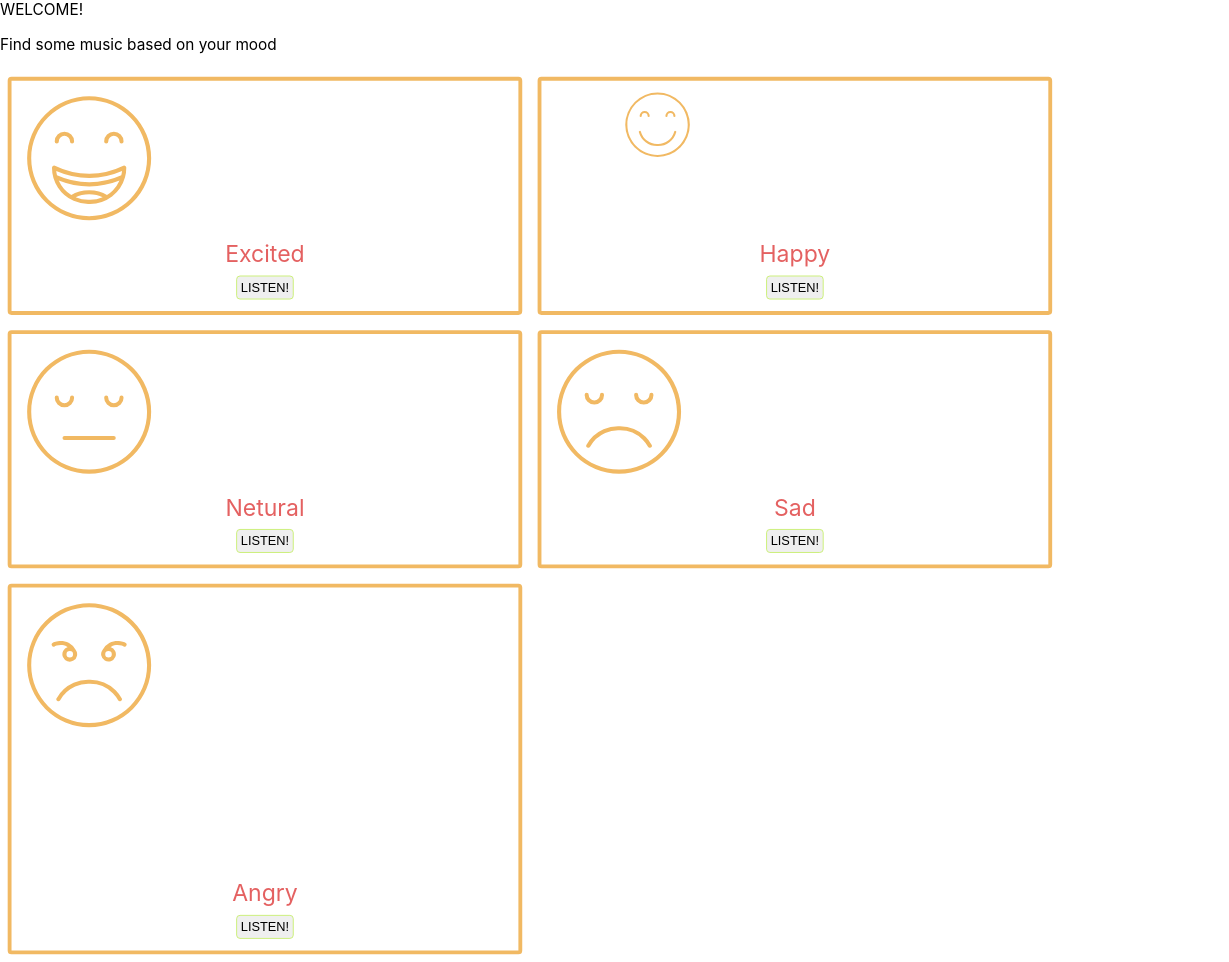
Repository: majakesin/moodify-app
Page: /
The author's editor kept a copy of each file at every save. The page is drawn from the files as they stood at one save, then again after the next save.
The browser window is 1280 px wide. The pictures show the whole page, at 96% of full size.
The project was rebuilt for these pictures with package versions that can differ from the ones it lists, and the page was loaded fresh each time.

Above is the page before, as saved 2023-08-21 13:06:06.

### public/index.html
<!DOCTYPE html>
<html lang="en">
  <head>
    <meta charset="utf-8" />
    <link rel="icon" href="%PUBLIC_URL%/logo.svg" />
    <meta name="viewport" content="width=device-width, initial-scale=1" />
    <meta name="theme-color" content="#000000" />
    <meta
      name="description"
      content="Moodify -- App that gives yours ears the best music based on your mood"
    />
    <link rel="apple-touch-icon" href="%PUBLIC_URL%/logo.svg" />
    <!--
      manifest.json provides metadata used when your web app is installed on a
      user's mobile device or desktop. See https://developers.google.com/web/fundamentals/web-app-manifest/
    -->
    <link rel="manifest" href="%PUBLIC_URL%/manifest.json" />
    <!--
      Notice the use of %PUBLIC_URL% in the tags above.
      It will be replaced with the URL of the `public` folder during the build.
      Only files inside the `public` folder can be referenced from the HTML.

      Unlike "/favicon.ico" or "favicon.ico", "%PUBLIC_URL%/favicon.ico" will
      work correctly both with client-side routing and a non-root public URL.
      Learn how to configure a non-root public URL by running `npm run build`.
    -->
    <title>Moodify</title>
  </head>
  <body>
    <noscript>You need to enable JavaScript to run this app.</noscript>
    <div id="root"></div>
    <!--
      This HTML file is a template.
      If you open it directly in the browser, you will see an empty page.

      You can add webfonts, meta tags, or analytics to this file.
      The build step will place the bundled scripts into the <body> tag.

      To begin the development, run `npm start` or `yarn start`.
      To create a production bundle, use `npm run build` or `yarn build`.
    -->
  </body>
</html>

### src/App.js
import "./App.css";
import ChooseMood from "./pages/ChooseMood";

function App() {
  return (
    <div className="App">
      <ChooseMood />
    </div>
  );
}

export default App;

### src/App.css
button {
  border: 1px solid var(--first-color);
  border-radius: 4px;
  padding: 4px;
  margin: 4px;
}

button:hover {
  cursor: pointer;
}

### src/pages/ChooseMood/index.jsx
import { moods } from 'src/data/moods'
import Mood from 'src/components/Mood';

import styles from './index.module.css';

const ChooseMood = () => {

    return (
        <div>
            WELCOME!
            <p>Find some music based on your mood </p>
            <div className={styles['mood-list']}>
                {moods.map(({ type, icon }) => {
                    return (<Mood type={type} icon={icon} />)
                })}
            </div>
        </div>
    )

};

export default ChooseMood;

### src/data/moods.js
export const moods = [
    {
        type: 'Excited',
        icon: <svg id="SvgjsSvg1081" xmlns="http://www.w3.org/2000/svg" version="1.1" xmlnsXlink="http://www.w3.org/1999/xlink" xmlnsSvgjs="http://svgjs.com/svgjs">
                <defs id="SvgjsDefs1082"></defs>
                <g id="SvgjsG1083">
                    <svg   preserveAspectRatio="xMidYMid meet" xmlns="http://www.w3.org/2000/svg" data-name="Layer 1" viewBox="0 0 1012 1012" width="288" height="288">
                        <path fill="currentcolor" d="M416.51318,95.48682A226.99992,226.99992,0,1,0,95.48682,416.51318,226.99992,226.99992,0,1,0,416.51318,95.48682ZM256,468C139.103,468,44,372.897,44,256S139.103,44,256,44s212,95.103,212,212S372.897,468,256,468ZM137.5,202a7.50006,7.50006,0,0,0,7.5-7.5,20.5,20.5,0,0,1,41,0,7.5,7.5,0,0,0,15,0,35.5,35.5,0,0,0-71,0A7.50006,7.50006,0,0,0,137.5,202Zm181,0a7.50006,7.50006,0,0,0,7.5-7.5,20.5,20.5,0,0,1,41,0,7.5,7.5,0,0,0,15,0,35.5,35.5,0,0,0-71,0A7.50006,7.50006,0,0,0,318.5,202Zm69.95947,82.13037a7.49875,7.49875,0,0,0-7.27832-.356A284.51645,284.51645,0,0,1,257.5,313h-1.48a284.55042,284.55042,0,0,1-125.2002-29.2251A7.4999,7.4999,0,0,0,120,290.5a132.31839,132.31839,0,0,0,79.15625,121.32324A131.47888,131.47888,0,0,0,252.5,423h7a132.5854,132.5854,0,0,0,127.794-97.37988A133.06894,133.06894,0,0,0,392,290.5,7.5003,7.5003,0,0,0,388.45947,284.13037ZM259.5,408h-7a116.58888,116.58888,0,0,1-46.02222-9.36157C219.72205,391.8783,237.33752,388,256.002,388c18.66236,0,36.27466,3.87708,49.51734,10.63538A116.56076,116.56076,0,0,1,259.5,408Zm83.08691-34.41309a117.56809,117.56809,0,0,1-21.38024,16.93219C305.07166,379.48517,281.17847,373,256.002,373c-25.18383,0-49.0852,6.48932-65.22168,17.52966a116.81051,116.81051,0,0,1-46.07495-53.13611,299.90773,299.90773,0,0,0,111.31323,21.61036c.5044,0,1.01612-.00147,1.52051-.00391A300.023,300.023,0,0,0,367.2478,337.40454,117.86031,117.86031,0,0,1,342.58691,373.58691ZM373.6593,318.347A284.8703,284.8703,0,0,1,257.46094,344c-.49219.00293-.97412.00391-1.46387.00391a284.90227,284.90227,0,0,1-117.65942-25.65967,117.74477,117.74477,0,0,1-2.72388-15.77832A299.64178,299.64178,0,0,0,256.02,328h1.519a299.80874,299.80874,0,0,0,118.84668-25.43555A117.6884,117.6884,0,0,1,373.6593,318.347Z" class="color2c2b2d svgShape"></path>
                    </svg>
                </g>
             </svg>
    },
    {
        type: 'Happy',
        icon: <svg id="SvgjsSvg1102" xmlns="http://www.w3.org/2000/svg" version="1.1" xmlnsXlink="http://www.w3.org/1999/xlink" xmlnsSvgjs="http://svgjs.com/svgjs">
                <defs id="SvgjsDefs1103"></defs>
                <g id="SvgjsG1104">
                    <svg xmlns="http://www.w3.org/2000/svg" data-name="Layer 1" viewBox="0 0 1012 1012" >
                        <path fill="currentcolor" d="M382.042,299.40674a7.496,7.496,0,0,0-9.21582,5.251A117.42927,117.42927,0,0,1,259.5,391h-7a117.41578,117.41578,0,0,1-113.32715-86.33447,7.49971,7.49971,0,1,0-14.46484,3.96875A132.417,132.417,0,0,0,252.5,406h7a132.58733,132.58733,0,0,0,127.793-97.37744A7.4999,7.4999,0,0,0,382.042,299.40674ZM416.51367,95.48682A227.00026,227.00026,0,0,0,95.48633,416.51318,227.00026,227.00026,0,0,0,416.51367,95.48682ZM256,468C139.10254,468,44,372.897,44,256S139.10254,44,256,44s212,95.103,212,212S372.89746,468,256,468ZM137.5,202a7.49974,7.49974,0,0,0,7.5-7.5,20.5,20.5,0,0,1,41,0,7.5,7.5,0,0,0,15,0,35.5,35.5,0,0,0-71,0A7.49974,7.49974,0,0,0,137.5,202Zm181,0a7.49974,7.49974,0,0,0,7.5-7.5,20.5,20.5,0,0,1,41,0,7.5,7.5,0,0,0,15,0,35.5,35.5,0,0,0-71,0A7.49974,7.49974,0,0,0,318.5,202Z" class="color2c2b2d svgShape"></path>
                    </svg>
                </g>
            </svg> ,
    },
    {
        type: 'Netural',
        icon: <svg id="SvgjsSvg1123" width="288" xmlns="http://www.w3.org/2000/svg" version="1.1" xmlnsXlink="http://www.w3.org/1999/xlink" xmlnsSvgjs="http://svgjs.com/svgjs">
                <defs id="SvgjsDefs1124"></defs>
                <g id="SvgjsG1125">
                    <svg xmlns="http://www.w3.org/2000/svg" data-name="Layer 1" viewBox="0 0 1012 1012" width="288" height="288">
                        <path fill="currentcolor" d="M201,204.5a7.5,7.5,0,0,0-15,0,20.5,20.5,0,0,1-41,0,7.5,7.5,0,0,0-15,0,35.5,35.5,0,0,0,71,0ZM374.5,197a7.50006,7.50006,0,0,0-7.5,7.5,20.5,20.5,0,0,1-41,0,7.5,7.5,0,0,0-15,0,35.5,35.5,0,0,0,71,0A7.50006,7.50006,0,0,0,374.5,197ZM416.51318,95.48682A226.99992,226.99992,0,1,0,95.48682,416.51318,226.99992,226.99992,0,1,0,416.51318,95.48682ZM256,468C139.103,468,44,372.897,44,256S139.103,44,256,44s212,95.103,212,212S372.897,468,256,468Zm90-123H166a7.5,7.5,0,0,0,0,15H346a7.5,7.5,0,0,0,0-15Z" class="color2c2b2d svgShape"></path>
                    </svg>
                </g>
            </svg>,
    },
    {
        type: 'Sad',
        icon: <svg id="SvgjsSvg1193" width="288" xmlns="http://www.w3.org/2000/svg" version="1.1" xmlnsXlink="http://www.w3.org/1999/xlink" xmlnsSvgjs="http://svgjs.com/svgjs">
                <defs id="SvgjsDefs1194"></defs>
                <g id="SvgjsG1195">
                    <svg xmlns="http://www.w3.org/2000/svg" data-name="Layer 1" viewBox="0 0 1012 1012" width="288" height="288">
                         <path fill="currentcolor" d="M165.5,230A35.54028,35.54028,0,0,0,201,194.5a7.5,7.5,0,0,0-15,0,20.5,20.5,0,0,1-41,0,7.5,7.5,0,0,0-15,0A35.54028,35.54028,0,0,0,165.5,230Zm209-43a7.50006,7.50006,0,0,0-7.5,7.5,20.5,20.5,0,0,1-41,0,7.5,7.5,0,0,0-15,0,35.5,35.5,0,0,0,71,0A7.50006,7.50006,0,0,0,374.5,187ZM353.19336,347.94678A132.16887,132.16887,0,0,0,259.5,309.14014h-7a131.47793,131.47793,0,0,0-53.34082,11.17529,133.55143,133.55143,0,0,0-62.24854,56.51221,7.50013,7.50013,0,0,0,13.07911,7.34472,118.4576,118.4576,0,0,1,55.21435-50.1289A116.57358,116.57358,0,0,1,252.5,324.14014h7a117.16738,117.16738,0,0,1,83.08691,34.41308,117.92616,117.92616,0,0,1,19.42432,25.62061,7.5,7.5,0,0,0,13.07715-7.34766A132.92018,132.92018,0,0,0,353.19336,347.94678Zm63.31982-252.46A226.99992,226.99992,0,1,0,95.48682,416.51318,226.99992,226.99992,0,1,0,416.51318,95.48682ZM256,468C139.103,468,44,372.897,44,256S139.103,44,256,44s212,95.103,212,212S372.897,468,256,468Z" class="color2c2b2d svgShape"></path>
                    </svg>
                </g>
            </svg>,
    },
    {
        type: 'Angry',
        icon: <svg xmlns="http://www.w3.org/2000/svg" data-name="Layer 1" viewBox="0 0 1012 1012" width="288" height="288">
                <path fill="currentcolor" d="M353.19336,347.94629A132.1737,132.1737,0,0,0,259.5,309.13965h-7a131.5101,131.5101,0,0,0-53.3418,11.17578,133.55212,133.55212,0,0,0-62.24707,56.51172,7.49995,7.49995,0,0,0,13.07813,7.3457A118.46814,118.46814,0,0,1,205.20313,334.043,116.60013,116.60013,0,0,1,252.5,324.13965h7a117.16506,117.16506,0,0,1,83.08691,34.41406,117.92838,117.92838,0,0,1,19.42481,25.62012,7.49957,7.49957,0,1,0,13.07617-7.34766A132.91978,132.91978,0,0,0,353.19336,347.94629ZM416.51367,95.48682A227.00044,227.00044,0,0,0,95.48633,416.51367,227.00044,227.00044,0,0,0,416.51367,95.48682ZM256,468C139.10254,468,44,372.89746,44,256,44,139.103,139.10254,44,256,44s212,95.103,212,212C468,372.89746,372.89746,468,256,468ZM175.12207,188.29736c.96533.53955,1.88086,1.10938,2.769,1.69336a27.02454,27.02454,0,1,0,28.58863,9.52246,62.7776,62.7776,0,0,0-24.04029-24.31005c-27.82519-15.55176-56.1748-2.73292-59.31445-1.21973a7.49994,7.49994,0,1,0,6.50977,13.51367C132.05762,186.33057,153.91113,176.44189,175.12207,188.29736ZM185.12012,204a12,12,0,1,1-12,12A12.01344,12.01344,0,0,1,185.12012,204ZM388.875,173.9834c-3.1416-1.51367-31.49121-14.33447-59.31348,1.21924a62.778,62.778,0,0,0-24.04126,24.31054,26.989,26.989,0,1,0,28.58887-9.52234c.88843-.58435,1.804-1.15429,2.76978-1.694,21.21191-11.85743,43.06347-1.96631,45.48632-.79981A7.49994,7.49994,0,1,0,388.875,173.9834ZM338.87988,216a12,12,0,1,1-12-12A12.01343,12.01343,0,0,1,338.87988,216Z" class="color2c2b2d svgShape"></path>
              </svg>,
    }

]

### src/components/Mood/index.jsx
import styles from './index.module.css';

const Mood = (props) => {

    const { type, icon } = props;

    return (
        <div className={styles.card}>
            <div className={styles.icon}>
                {icon}
            </div>
            <div className={styles.content}>
               <span className={styles.title}> {type} </span>
             <button> LISTEN!</button>
            </div>
        </div>
    )
};

export default Mood;

### src/pages/ChooseMood/index.module.css

.wrap {
 color: var(--first-color);
}

.mood-list {
    display: flex;
    flex-direction: row;
    flex-wrap: wrap;
}

### src/components/Mood/index.module.css

@import '../../styles/variables.css';

.card {
    border: 4px solid var(--third-color);
    border-radius: 4px;
    margin: 8px;
    padding: 8px;
    width: 40vw;
}

.icon {
    color: var(--third-color);
}

.content {
    display: flex;
    flex-direction: column;
    align-items: center;

}

.title {
    font-size: 24px;
    color: var(--fourth-color);
    margin: 4px;
}

### src/styles/variables.css
:root,
    :root.rainbow {
        --first-color: #cbf078;
        --second-color: #f8f398;
        --third-color: #f1b963;
        --fourth-color: #e46161;
    }
    :root.blue {
        --first-color: #5585b5;
        --second-color: #53a8b6;
        --third-color: #79c2d0;
        --fourth-color: #bbe4e9;
    }

Loaded but not shown: src/index.js (common file); src/index.css (common file); src/reportWebVitals.js (common file)

After the next save:
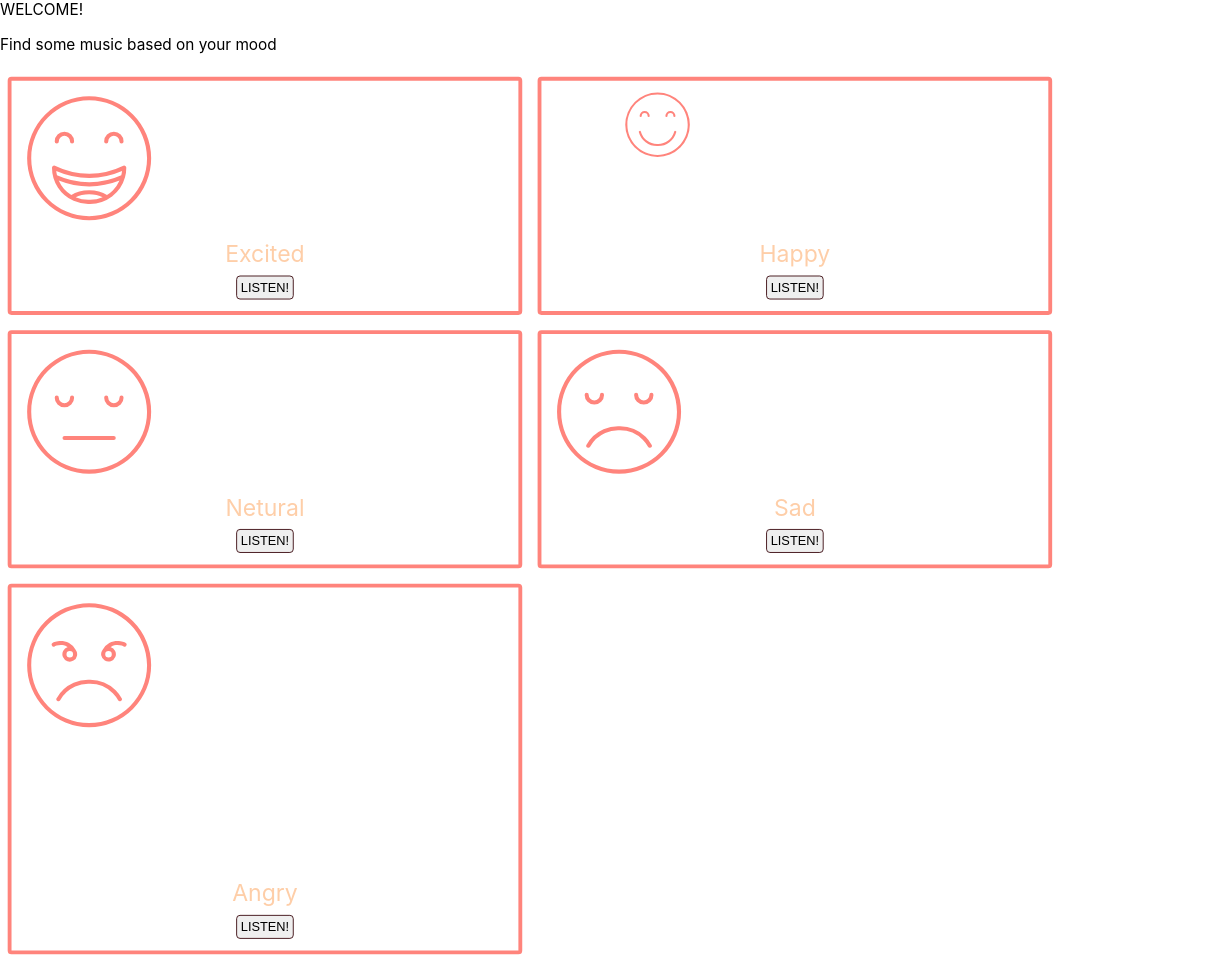
Saved 4 s later.
--- a/src/styles/variables.css
+++ b/src/styles/variables.css
@@ -1,4 +1,10 @@
 :root,
+:root.pink {
+    --first-color: #45171d;
+    --second-color: #e84a5f;
+    --third-color: #ff847c;
+    --fourth-color: #fecea8;
+}
     :root.rainbow {
         --first-color: #cbf078;
         --second-color: #f8f398;
